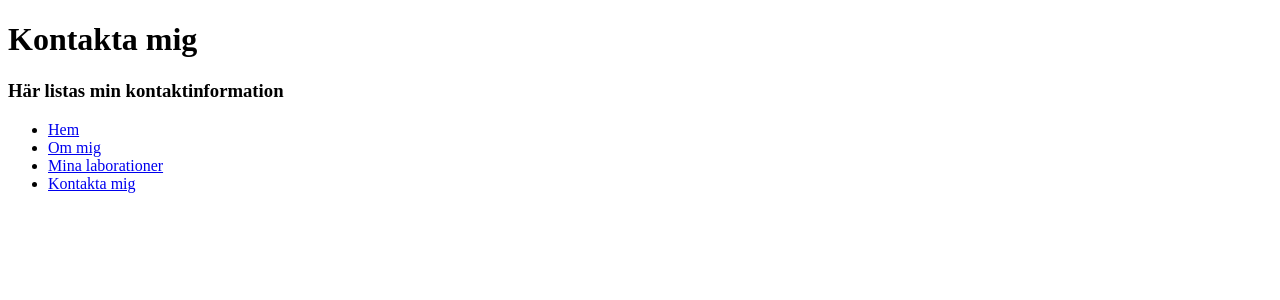
Repository: Holmewi/1ik415-jh222qr-laborationer
Page: pages/kontakt.html
The author's editor kept a record of every edit. The page is drawn from the files as they stood at one moment, then again after the next edit.
The browser window is 1280 px wide. The pictures show the whole page.

Above is the page before.

### pages/kontakt.html
<!DOCTYPE HTML>
<html>
    <head>
        <meta charset="utf-8">
        <title>Kontakta mig - Här listas min kontaktinformation</title>
    </head>
    <body>
        <h1>Kontakta mig</h1>
        <h3>Här listas min kontaktinformation</h3>

        <div>
            <ul>
                <li><a href="../index.html">Hem</a></li>
                <li><a href="presentation.html">Om mig</a></li>
                <li><a href="laborationer.html">Mina laborationer</a></li>
                <li><a href="kontakt.html">Kontakta mig</a></li>
            </ul>
        </div>
    </body>
</html>

After the next edit:
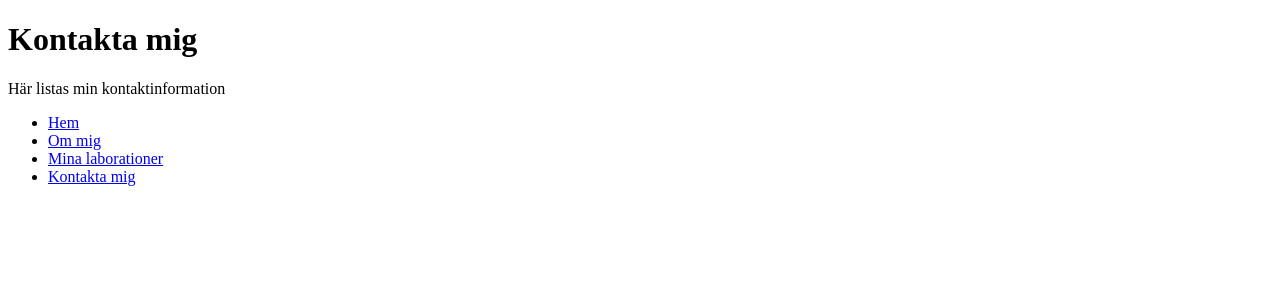
The edit:
--- a/pages/kontakt.html
+++ b/pages/kontakt.html
@@ -6,7 +6,7 @@
     </head>
     <body>
         <h1>Kontakta mig</h1>
-        <h3>Här listas min kontaktinformation</h3>
+        <p>Här listas min kontaktinformation</p>
 
         <div>
             <ul>
